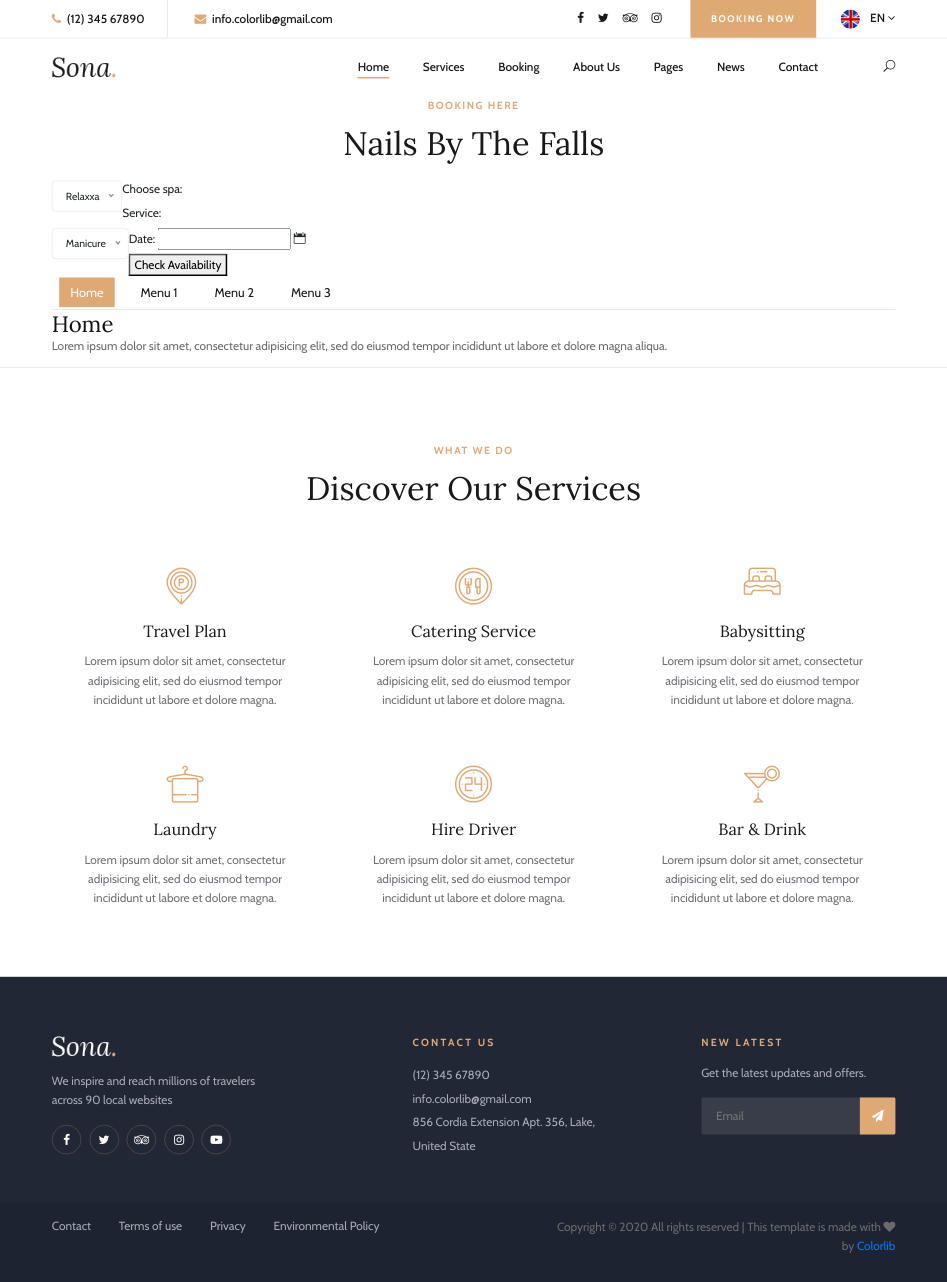
Repository: KeriBoss/Booking_Spa
Page: booking.html
The author's editor kept a copy of each file at every save. The page is drawn from the files as they stood at one save, then again after the next save.
The browser window is 1280 px wide. The pictures show the whole page, at 74% of full size.

Above is the page before, as saved 2023-05-19 16:01:42.

After the next save:
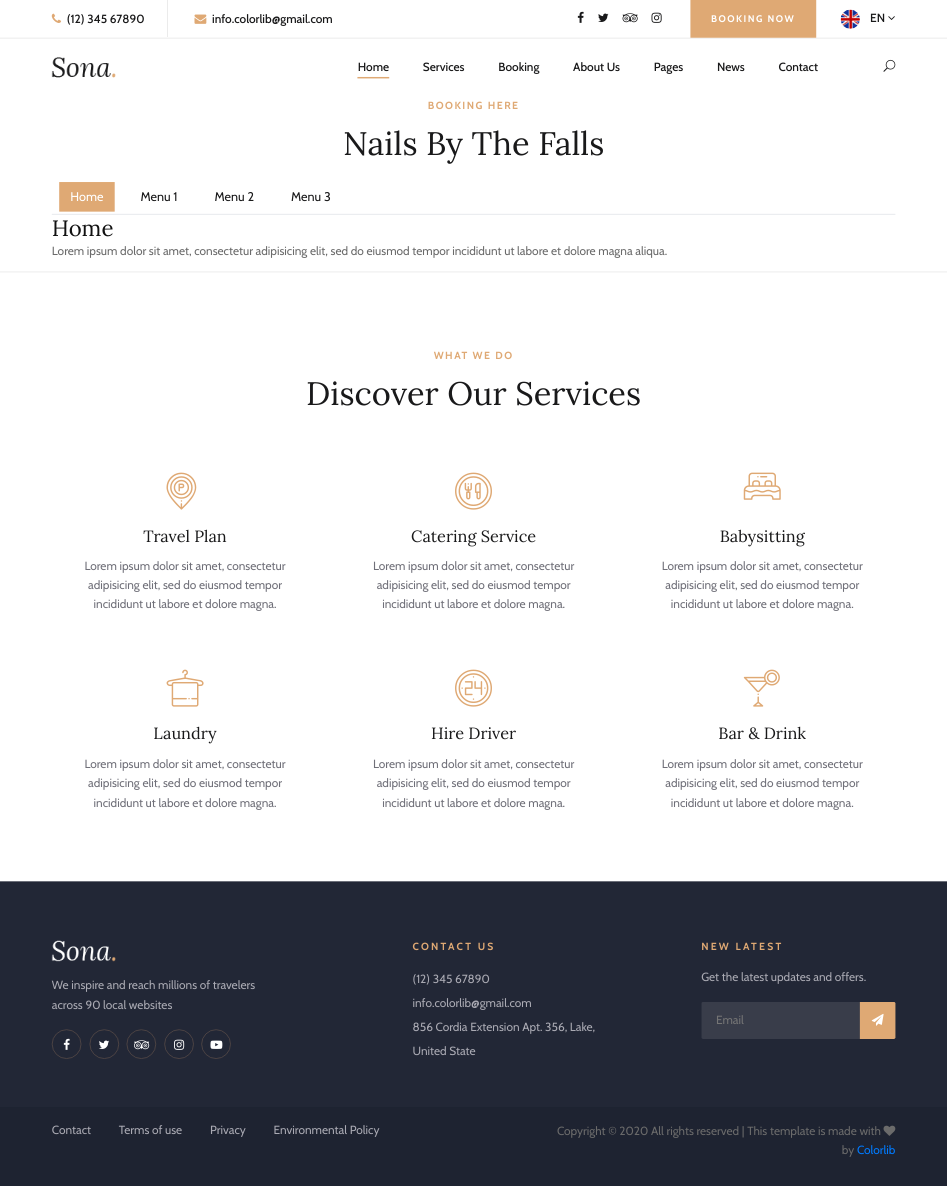
Saved 16 s later.
--- a/booking.html
+++ b/booking.html
@@ -178,36 +178,7 @@
                 </div>
                 <div class="col-lg-12">
                     <div class="w-100">
-                        <form action="#">
-                            <div class="select-option">
-                                <label for="guest">Choose spa:</label>
-                                <select id="guest">
-                                    <option value="">Relaxxa </option>
-                                    <option value=""> Bliss  </option>
-                                    <option value=""> Body n Mind Spa   </option>
-                                    <option value=""> The Zen Company </option>
-                                    <option value=""> Sparadise  </option>
-                                    <option value=""> Relexology Spa  </option>
-                                </select>
-                            </div>
-                            <div class="select-option">
-                                <label for="room">Service:</label>
-                                <select id="room">
-                                    <option value="">Manicure</option>
-                                    <option value="">Hair extension</option>
-                                    <option value="">Hair dying</option>
-                                    <option value="">Massage</option>
-                                    <option value="">Mask</option>
-                                    <option value="">Eyelash extensions</option>
-                                </select>
-                            </div>
-                            <div class="check-date">
-                                <label for="date-in">Date:</label>
-                                <input type="text" class="date-input" id="date-in" />
-                                <i class="icon_calendar"></i>
-                            </div>
-                            <button type="submit">Check Availability</button>
-                        </form>
+
                     </div>
                     <div class="card-booking">
                         <ul class="nav nav-tabs">
